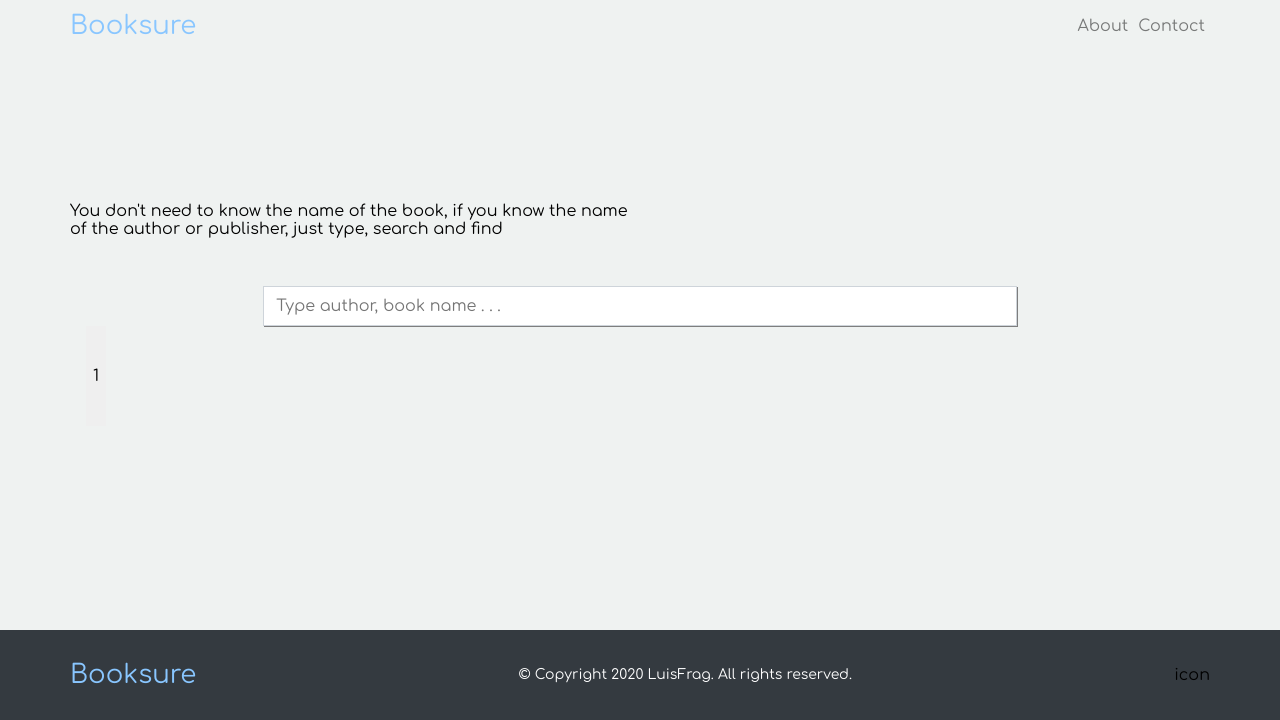
Repository: changesxxx/searchBooks
Page: /search
These files come from the project's save history. The page is drawn as it stood at one moment and after a run of saves; the edit follows.
The browser window is 1280 px wide. The pictures show the whole page.
The project was rebuilt for these pictures with package versions that can differ from the ones it lists, and the page was loaded fresh each time. Also part of the build but not shown: craco.config.js.

Above is the page before, as saved 2024-06-24 18:09:30.

After the next 2 saves:
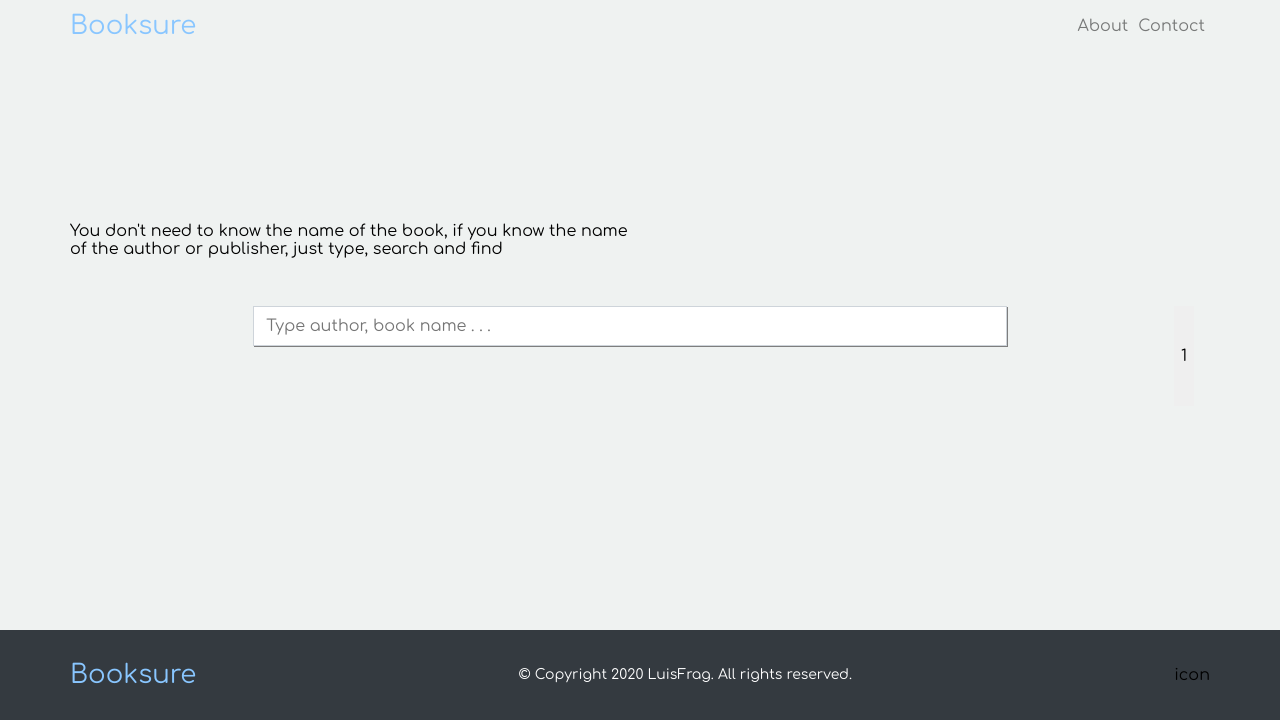
The 2 saves are shown as one change because they came seconds apart.
The last was saved 21 s later.
--- a/src/view/search/style.js
+++ b/src/view/search/style.js
@@ -15,10 +15,10 @@ const searchWrapper = styled.div`
   }
 
   .input {
+    display: flex;
     padding: 48px 16px;
 
     .search-input {
-      display: block;
       box-sizing: border-box;
 
       width: 68%;
